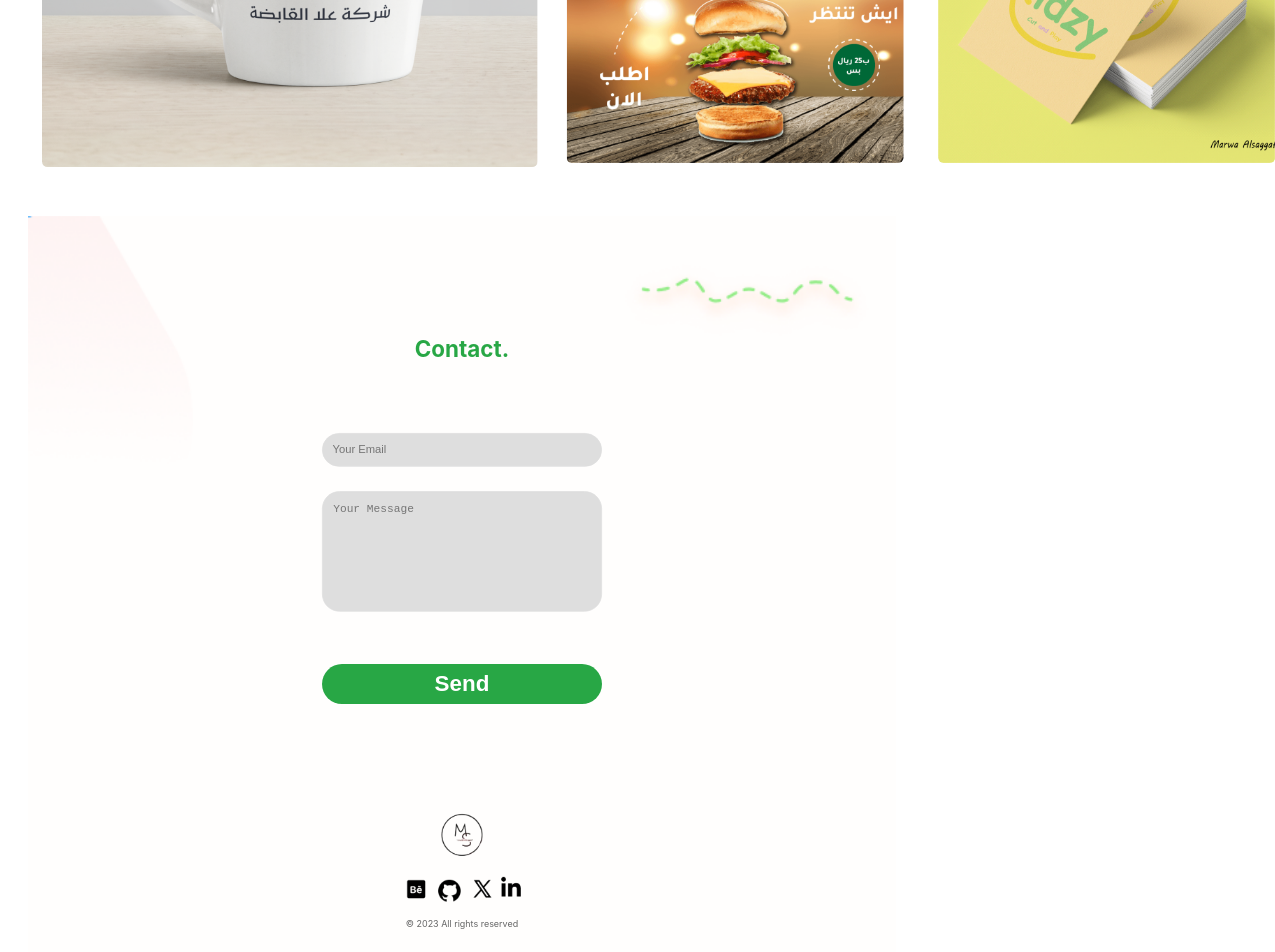
Repository: MEROO1010/Portfolio_00
Page: /about (app in portfolio_00/)
These files come from the project's save history. The page is drawn as it stood at one moment and after the next save; the edit follows.
The browser window is 1280 px wide. The page is 1822 px wide, so the pictures cover 1822 px, including what lies to the right of the window. The pictures show the part of the page from y = 3304 to 4664 px (the page is 4664 px tall), at 70% of full size.
The project was rebuilt for these pictures with package versions that can differ from the ones it lists, and the page was loaded fresh each time.

Above is the page before, as saved 2024-11-25 11:59:19.

After the next save:
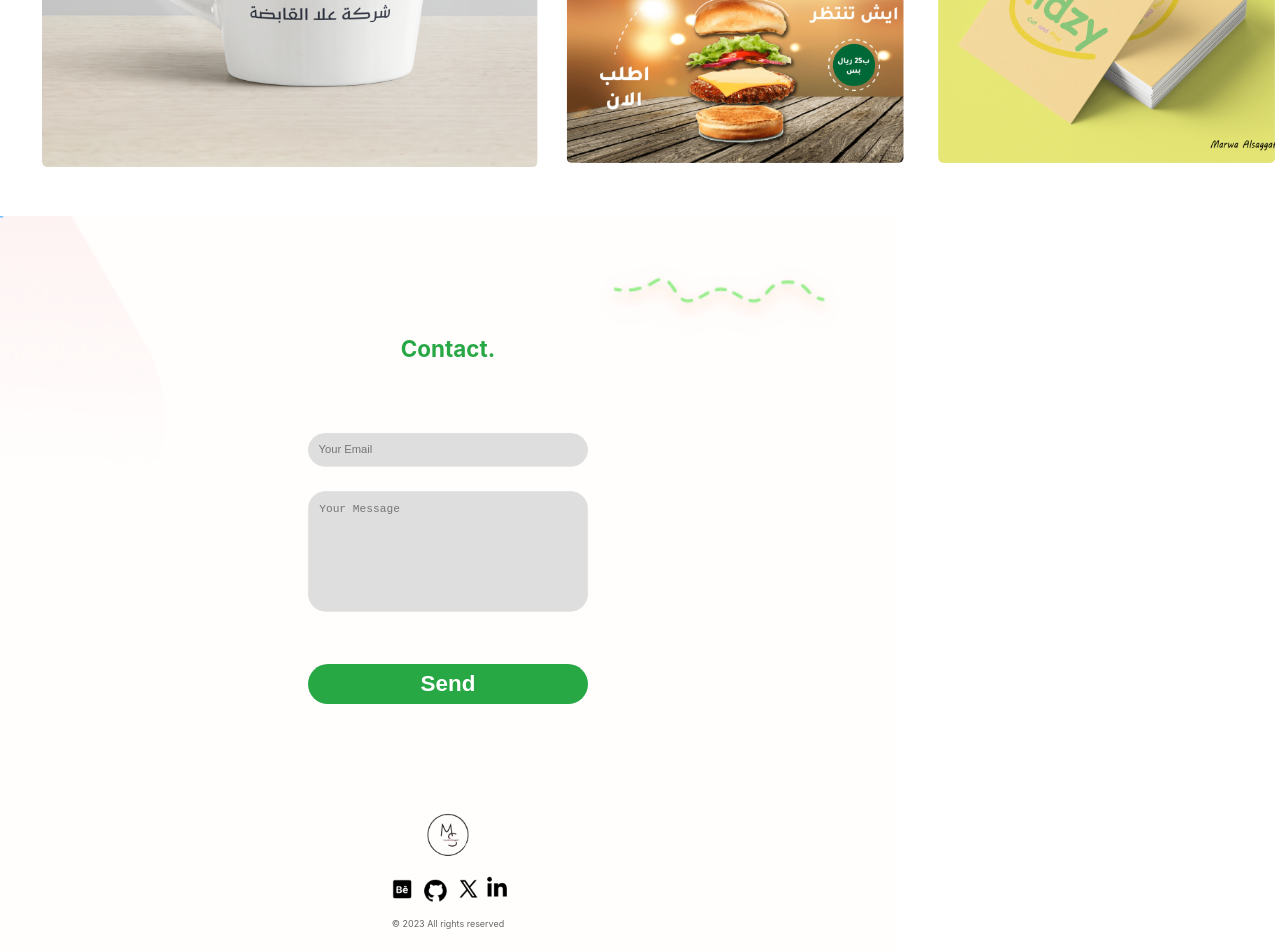
Saved 17 s later.
--- a/portfolio_00/src/components/Contact.jsx
+++ b/portfolio_00/src/components/Contact.jsx
@@ -18,7 +18,7 @@ export const ContactContainer = styled.div`
   background-size: cover;
   height: 100%;
   position: relative;
-  margin-left:40px;
+
 `;
 
 export const ContactTitle = styled.h1`
